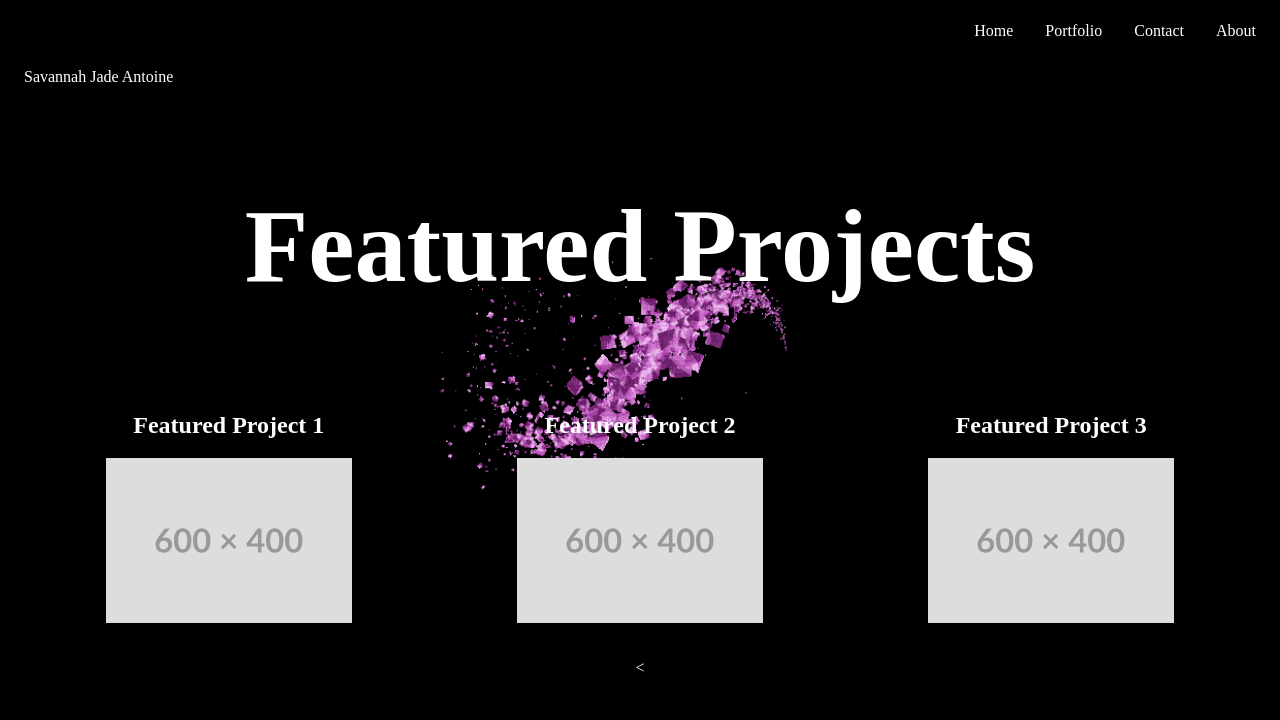
Repository: Savannah-Antoine/Savannah-Antoine
Page: pages/project-name-2.html
These files come from the project's save history. The page is drawn as it stood at one moment and after the next save; the edit follows.
The browser window is 1280 px wide. The pictures show the whole page.

Above is the page before, as saved 2026-05-08 14:07:37.

After the next save:
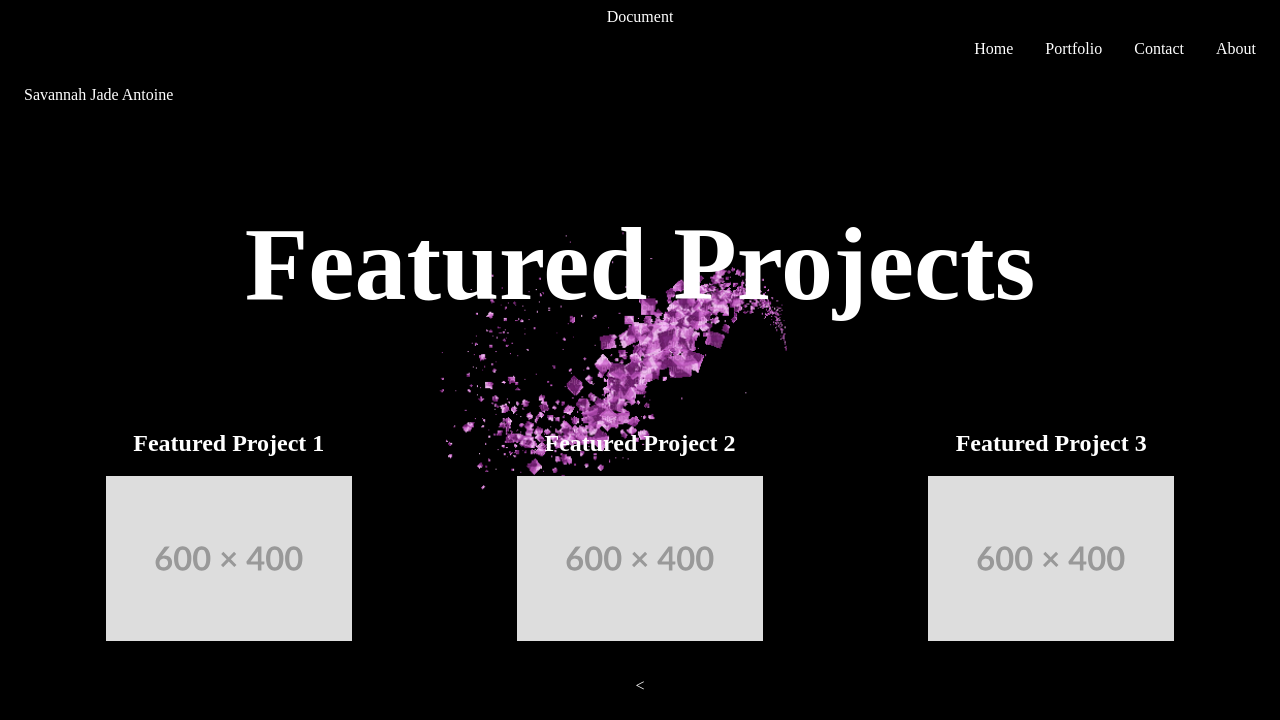
Saved 33 s later.
--- a/pages/project-name-2.html
+++ b/pages/project-name-2.html
@@ -5,6 +5,7 @@
     <meta name="viewport" content="width=device-width, initial-scale=1.0">
     <link rel = "stylesheet" href = "./styles/index.css" />
     <link rel = "stylesheet" href = "./styles/globals.css" />
+    <link rel
     <title>Document</title>
 </head>
 <body>
